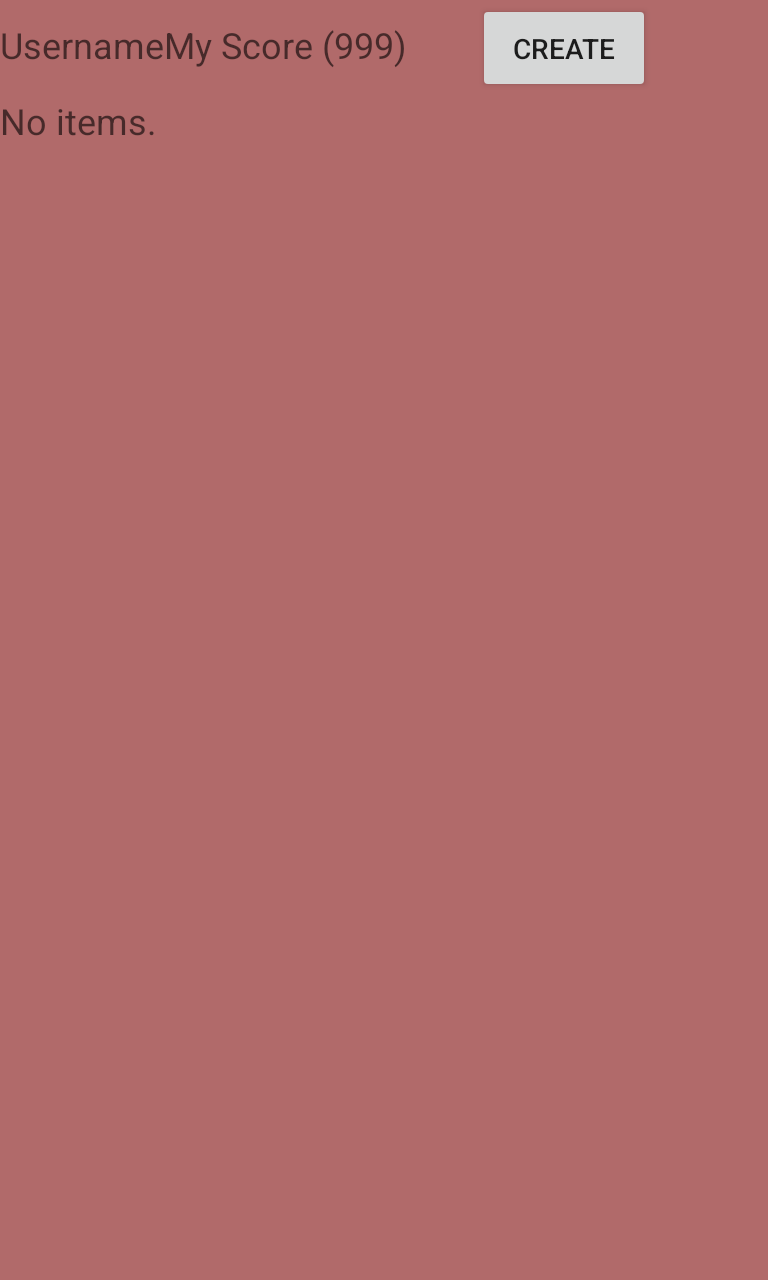
Repository: quantumlicht/android-capstone
Layout: capstone_client/res/layout/fragment_completed_quiz.xml
These files come from the project's save history. The layout is drawn as it stood at one moment and after the next save; the edit follows.
It is drawn on a 768 x 1280 px phone screen (xhdpi) without system bars, with theme AppTheme; the app's code is not run. Lists and similar views that code fills are empty. The app's manifest (not shown) leaves right-to-left support off. So textAlignment, textDirection and layoutDirection are ignored, and left and right values win over start and end ones.

Above is the layout before, as saved 2014-11-15 02:49:46.

### capstone_client/res/layout/fragment_completed_quiz.xml
<?xml version="1.0" encoding="utf-8"?>
<LinearLayout xmlns:android="http://schemas.android.com/apk/res/android"
    android:layout_width="match_parent"
    android:layout_height="match_parent"
    android:background="#b16a6a"
    android:orientation="vertical" >

    <LinearLayout
        android:layout_width="match_parent"
        android:layout_height="wrap_content" >

        <TextView
            android:id="@+id/username"
            android:layout_width="wrap_content"
            android:layout_height="wrap_content"
            android:text="Username"
            android:textAppearance="?android:attr/textAppearanceMedium" />

        <TextView
            android:id="@+id/textView2"
            android:layout_width="156dp"
            android:layout_height="wrap_content"
            android:gravity="fill_horizontal|right"
            android:text="My Score (999)"
            android:textAlignment="gravity"
            android:textAppearance="?android:attr/textAppearanceMedium" />

         <Button
             android:id="@+id/createButton"
             android:layout_width="wrap_content"
             android:layout_height="wrap_content"
             android:text="Create" />

    </LinearLayout>

    <FrameLayout
        android:layout_width="match_parent"
        android:layout_height="299dp" >

        <!--
             Here is the list. Since we are using a ListActivity, we
             have to call it "@android:id/list" so ListActivity will
             find it
        -->

        <ListView
            android:id="@+id/android:list"
            android:layout_width="match_parent"
            android:layout_height="match_parent"
            android:drawSelectorOnTop="false" />

        <!-- Here is the view to show if the list is emtpy -->



        <TextView
            android:id="@android:id/empty"
            android:layout_width="match_parent"
            android:layout_height="match_parent"
            android:text="No items."
            android:textAppearance="?android:attr/textAppearanceMedium" />

    </FrameLayout>

</LinearLayout>

### capstone_client/res/values/styles.xml
<resources>

    <!--
        Base application theme, dependent on API level. This theme is replaced
        by AppBaseTheme from res/values-vXX/styles.xml on newer devices.
    -->
    <style name="AppBaseTheme" parent="Theme.AppCompat.Light">
        <!--
            Theme customizations available in newer API levels can go in
            res/values-vXX/styles.xml, while customizations related to
            backward-compatibility can go here.
        -->
    </style>

    <!-- Application theme. -->
    <style name="AppTheme" parent="AppBaseTheme">
        <!-- All customizations that are NOT specific to a particular API-level can go here. -->
    </style>

    <declare-styleable name="FragmentArguments">
    	<attr name="android:label" />
	</declare-styleable>

</resources>

Loaded but not shown: capstone_client/res/values-v11/styles.xml (common file); capstone_client/res/values-v14/styles.xml (common file)

After the next save:
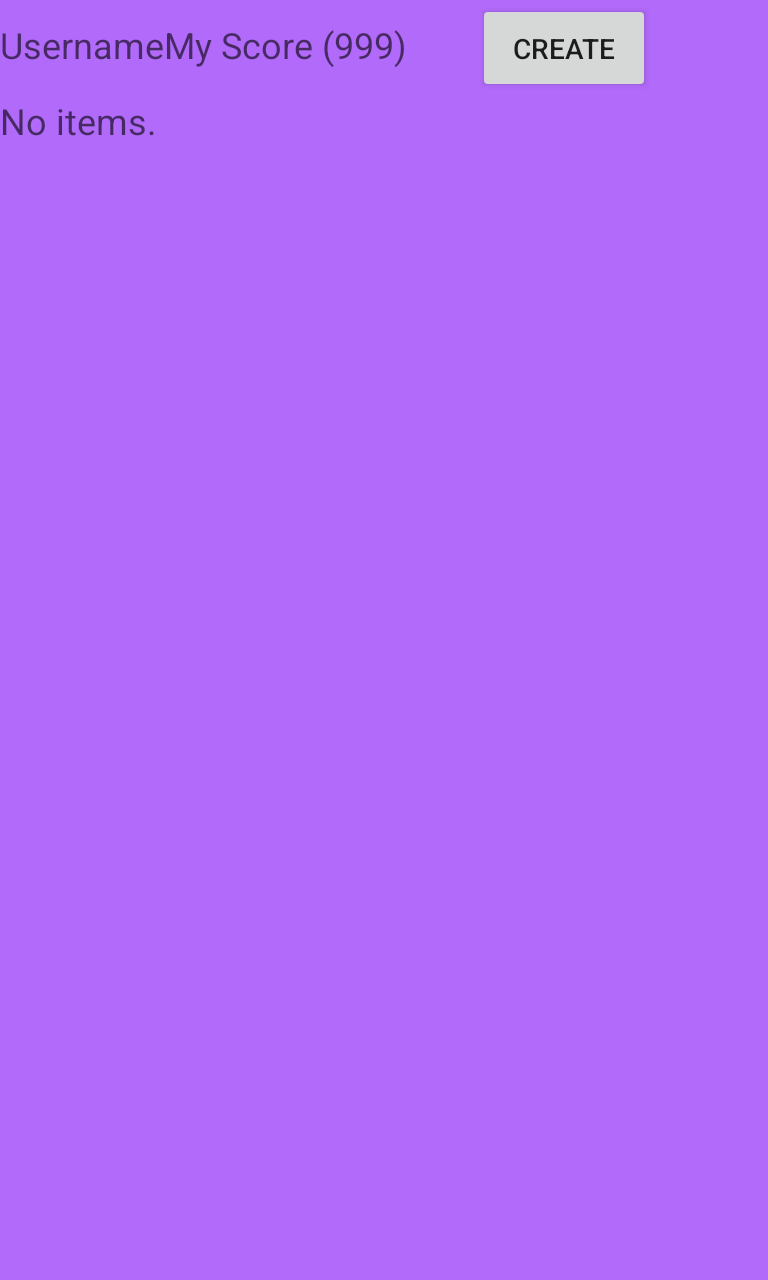
Saved 7 s later.
--- a/capstone_client/res/layout/fragment_completed_quiz.xml
+++ b/capstone_client/res/layout/fragment_completed_quiz.xml
@@ -2,7 +2,7 @@
 <LinearLayout xmlns:android="http://schemas.android.com/apk/res/android"
     android:layout_width="match_parent"
     android:layout_height="match_parent"
-    android:background="#b16a6a"
+    android:background="#b16afa"
     android:orientation="vertical" >
 
     <LinearLayout
